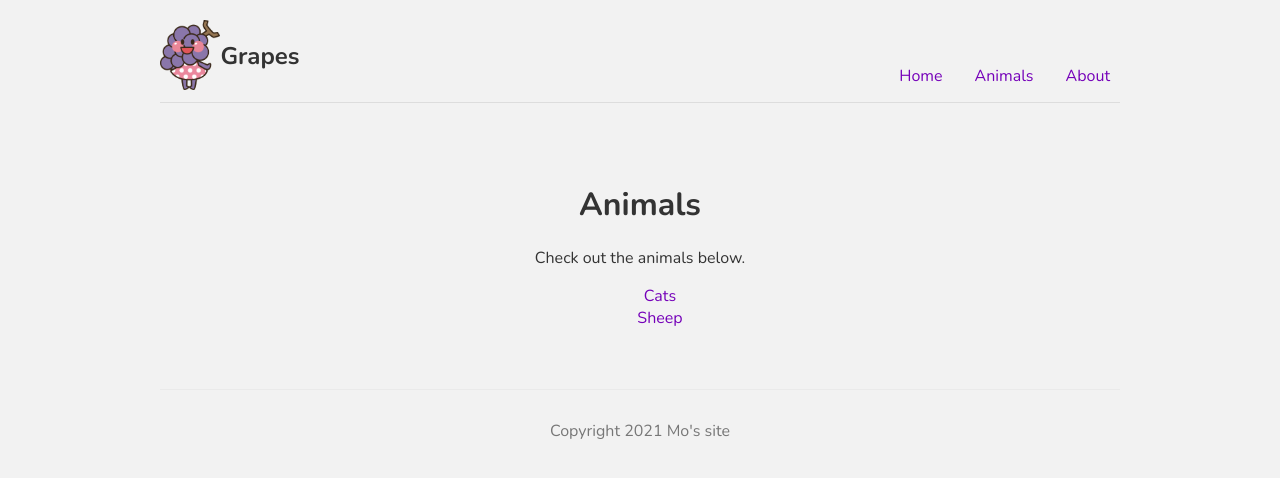
Repository: technogize/next-test-site
Page: /animals
The author's editor kept a copy of each file at every save. The page is drawn from the files as they stood at one save, then again after the next save.
The browser window is 1280 px wide. The pictures show the whole page.
The project was rebuilt for these pictures with package versions that can differ from the ones it lists, and the page was loaded fresh each time. The framework's server and built-in components were replaced by stand-ins that run in the browser.

Above is the page before, as saved 2021-10-02 21:02:01.

After the next save:
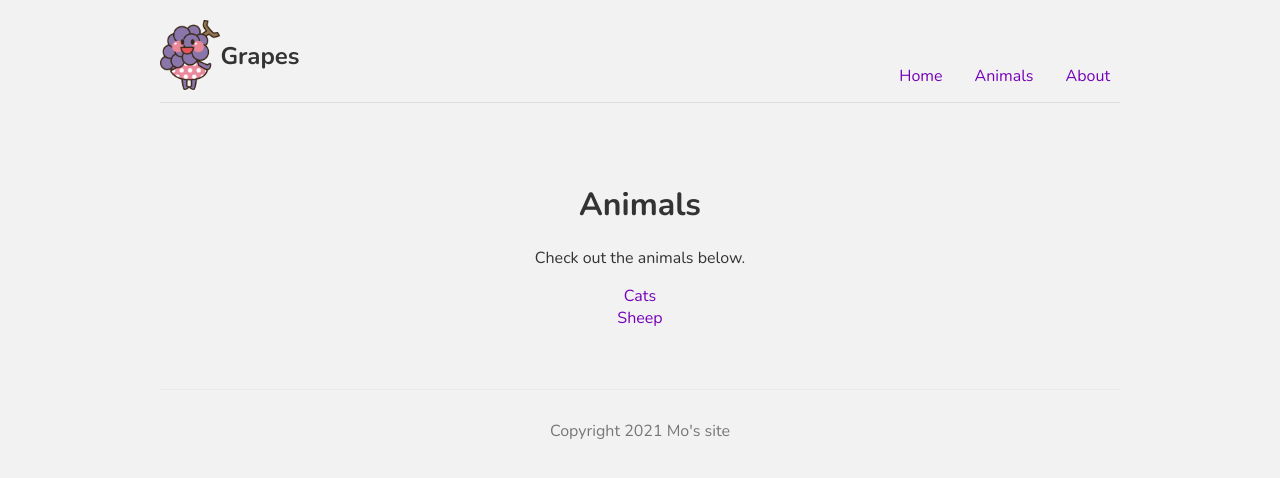
Saved 16 s later.
--- a/styles/Animals.module.css
+++ b/styles/Animals.module.css
@@ -1,4 +1,4 @@
 .animalsList {
     list-style: none;
-    margin: none;
+    padding-left: 0;
 }
